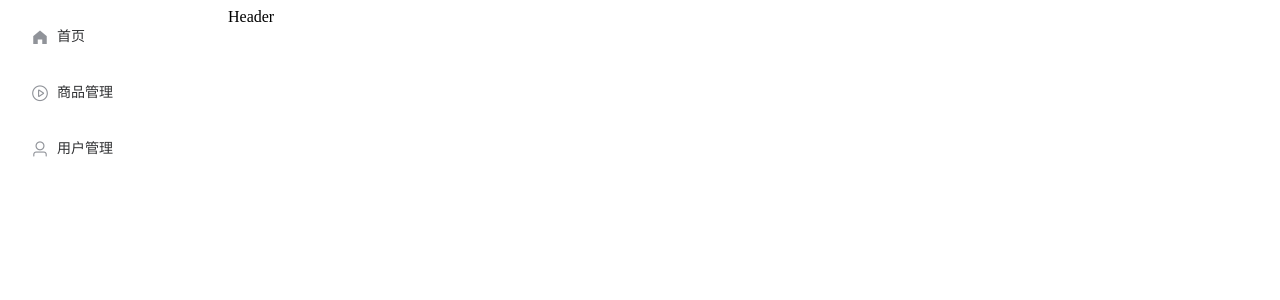
Repository: Francis200214/my-app
Page: /
The author's editor kept a copy of each file at every save. The page is drawn from the files as they stood at one save, then again after a run of saves.
The browser window is 1280 px wide. The pictures show the whole page.
The project was rebuilt for these pictures with package versions that can differ from the ones it lists, and the page was loaded fresh each time. Also part of the build but not shown: vue.config.js, src/views/Home.vue, src/views/User.vue.

Above is the page before, as saved 2023-05-20 16:19:13.

### src/main.js
import Vue from 'vue'
import App from './App.vue'
import ElementUI from 'element-ui';
import 'element-ui/lib/theme-chalk/index.css';
import router from './router'


Vue.config.productionTip = false

// 全局引入Element UI
Vue.use(ElementUI);


// 按需引入Element UI
// Vue.use(Row);
// Vue.use(Button);


new Vue({
  router,
  render: h => h(App),
}).$mount('#app')

### src/App.vue
<template>
  <div id="app">
    <router-view></router-view>
  </div>
</template>

<script>

export default {
  name: 'App'
}
</script>

### src/router/index.js
import Vue from 'vue'
import VueRouter from 'vue-router'

// 1、引入组件
import Main from '../views/Main.vue'
import Home from '../views/Home.vue'
import User from '../views/User.vue'

// 引入Vue-Router
Vue.use(VueRouter);

// 2、路由与组件映射
const routes = [
    {
        path: '/',
        component: Main,
        children: [
            { path: '/home', component: Home },
            { path: '/user', component: User }
        ]
    }

]

// 3、创建Router实例
const router = new VueRouter({
    routes // (缩写) 相当于 routes: routes
})

// 4、将 router 暴露
export default router

### src/views/Main.vue
<template>
    <div>
        <el-container>
        <el-aside width="200px">
            <common-aside/>
        </el-aside>
        <el-container>
            <el-header>Header</el-header>
            <el-main>
                <router-view></router-view>
            </el-main>
        </el-container>
        </el-container>
    </div>
</template>
<script>
import CommonAside from '../components/CommonAside.vue'

export default {
    data() {
        return {}
    },
    components: {
        CommonAside
    }
}
</script>

### src/components/CommonAside.vue
<template>
    <div>
        <el-menu default-active="1-4-1" class="el-menu-vertical-demo" @open="handleOpen" @close="handleClose"
            :collapse="isCollapse">
            <el-menu-item v-for="item in noChildren" :key="item.name" :index="item.name">
                <i :class="`el-icon-${item.icon}`"></i>
                <span slot="title">{{ item.label }}</span>
            </el-menu-item>

            <!-- <el-submenu v-for="item in hasChildren" :key="item.label" :index="itme.label">
                <template slot="title">
                    <i :class="`el-icon-${item.icon}`"></i>
                    <span slot="title">{{ item.label }}</span>
                </template>
                <el-menu-item-group v-for="subItem in item.children" :key="subItem.path">
                    <el-menu-item :index="subItem.path">{{ subItem.label }}</el-menu-item>
                </el-menu-item-group>

            </el-submenu> -->
        </el-menu>
    </div>
</template>

<style>
.el-menu-vertical-demo:not(.el-menu--collapse) {
    width: 200px;
    min-height: 400px;
}
</style>

<script>
export default {
    data() {
        return {
            isCollapse: false,
            menuData: [
                {
                    path: '/',
                    name: 'home',
                    label: '首页',
                    icon: 's-home',
                    url: 'Home/Home'
                },
                {
                    path: '/mall',
                    name: 'mall',
                    label: '商品管理',
                    icon: 'video-play',
                    url: 'MallManage/MallManage'
                },
                {
                    path: '/user',
                    name: 'user',
                    label: '用户管理',
                    icon: 'user',
                    url: 'UserManage/UserManage'
                },
                {
                    label: '其他',
                    icon: 'location',
                    children: [
                        {
                            path: '/page1',
                            name: 'page1',
                            label: '页面1',
                            icon: 'setting',
                            url: 'Other/PageOne'
                        },
                        {
                            path: '/page2',
                            name: 'page2',
                            label: '页面2',
                            icon: 'setting',
                            url: 'Other/PageTwo'
                        }
                    ]
                }
            ]
        };
    },
    methods: {
        handleOpen(key, keyPath) {
            console.log(key, keyPath);
        },
        handleClose(key, keyPath) {
            console.log(key, keyPath);
        }
    },
    computed: {
        // 没有子菜单
        noChildren() {
            return this.menuData.filter(item => !item.children)
        },
        // 有子菜单
        hasChildren() {
            return this.menuData.filter(item => item.children)
        }
    }
}
</script>

Loaded but not shown: public/index.html (common file)

After the next 4 saves:
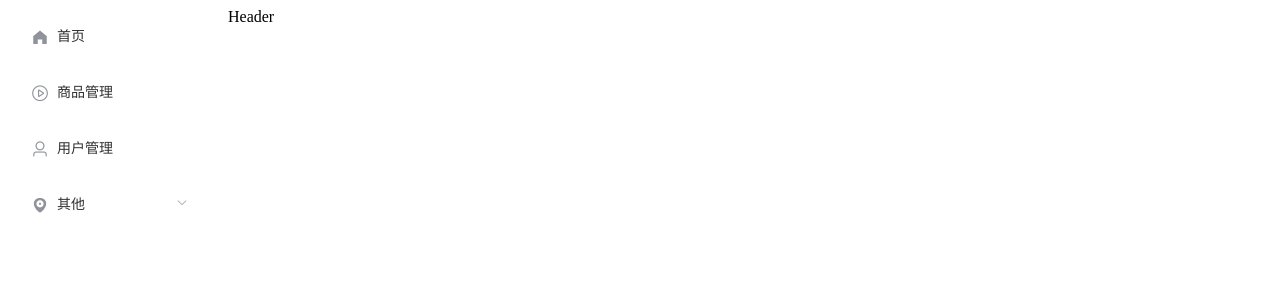
The 4 saves are shown as one change because 1 did not build or start and some came seconds apart.
The last was saved 23 s later.
--- a/src/components/CommonAside.vue
+++ b/src/components/CommonAside.vue
@@ -7,7 +7,7 @@
                 <span slot="title">{{ item.label }}</span>
             </el-menu-item>
 
-            <!-- <el-submenu v-for="item in hasChildren" :key="item.label" :index="itme.label">
+            <el-submenu v-for="item in hasChildren" :key="item.label" :index="item.label">
                 <template slot="title">
                     <i :class="`el-icon-${item.icon}`"></i>
                     <span slot="title">{{ item.label }}</span>
@@ -16,7 +16,7 @@
                     <el-menu-item :index="subItem.path">{{ subItem.label }}</el-menu-item>
                 </el-menu-item-group>
 
-            </el-submenu> -->
+            </el-submenu>
         </el-menu>
     </div>
 </template>
